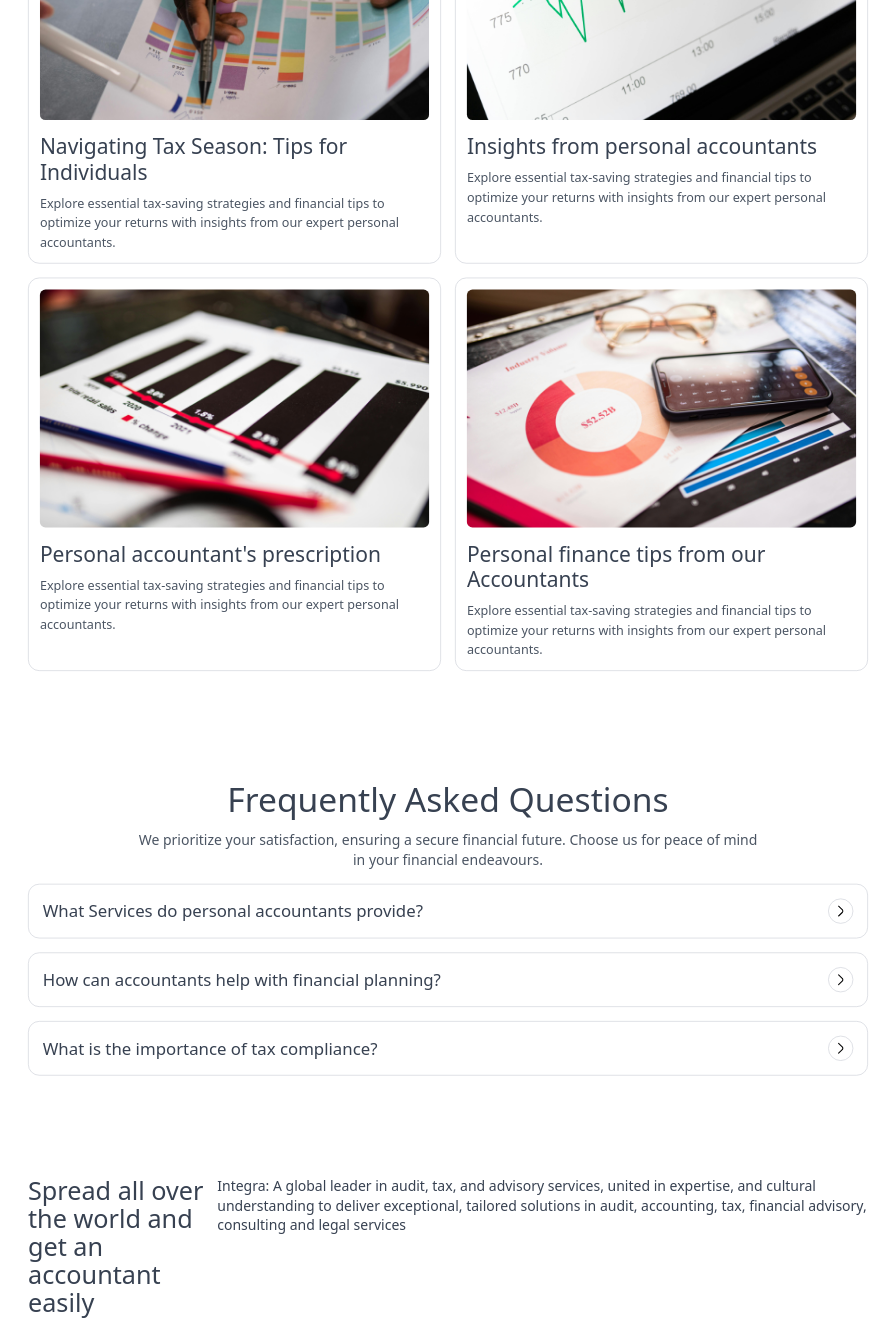
Repository: vespersolutionspk18/integrast-website
Page: /
An editor plug-in stored every save of this project. The page is shown before and after the next save, followed by the edit.
The browser window is 1280 px wide. The pictures show the part of the page from y = 2272 to 4192 px (the page is 4192 px tall before and 4104 px after), at 70% of full size.
The project was rebuilt for these pictures with package versions that can differ from the ones it lists, and the page was loaded fresh each time. The framework's server and built-in components were replaced by stand-ins that run in the browser. Also part of the build but not shown: next.config.ts.

Above is the page before, as saved 2024-12-12 14:41:14.

### app/layout.tsx
import type { Metadata } from "next";
import localFont from "next/font/local";
import "./globals.css";

const geistSans = localFont({
  src: "./fonts/GeistVF.woff",
  variable: "--font-geist-sans",
  weight: "100 900",
});
const geistMono = localFont({
  src: "./fonts/GeistMonoVF.woff",
  variable: "--font-geist-mono",
  weight: "100 900",
});

export const metadata: Metadata = {
  title: "Integra Strategy",
  description: "-",
};

export default function RootLayout({
  children,
}: Readonly<{
  children: React.ReactNode;
}>) {
  return (
    <html lang="en">
      <body
        className={`${geistSans.variable} ${geistMono.variable} antialiased`}
      >
        {children}
      </body>
    </html>
  );
}

### app/page.tsx
import Image from "next/image";
import Header from "./Header";
import Hero from "./Hero";
import Services from "./Services";
import Postsart from "./Postsart";
import Faqsection from "./Faqsection";
import GetinTouchSection from "./GetinTouchSection";

export default function Home() {
  return (
    <div>
      <Header />
      <Hero />
      <Services />
      <Postsart />
      <Faqsection />
      <GetinTouchSection />
    </div>
  );
}

### app/Hero.tsx
import React from 'react'
import ButtonArrowwhite from "@/public/assets/buttonarrowwhite.svg";
import ButtonArrow from "@/public/assets/buttonarrow.svg";
const Hero = () => {
  return (
    <div className="flex flex-col p-10 ">
        <div className="flex flex-row mt-24 h-[190px] gap-5 ">
            <div className="w-[55%] flex flex-col">
                <h1 className="font-light font-sans text-6xl text-gray-600">Unlock Prosperity, <span className="text-gray-800">Choose Expert Guidance</span></h1>
                <h4 className="text-xl font-sans font-light text-gray-900 mt-6">Embark on a transformative journey to financial prosperity with our personalized accountancy services</h4>
            </div>
            <div className="w-[45%] flex flex-col justify-between ">
                <h4 className="text-xl text-justify font-light font-sans text-gray-900">Unlock tailored strategies, benefit from insightful guidances, and follow a clear pathway to achieve your financial success. Elevate your financial journey with our dedicated support and expertise. Contact us today to start your journey towards financial freedom.</h4>
                <div className="flex flex-row gap-5 pt-10">
                <div>
                <div id="button"
  className="group  bg-white h-[44px] flex-row border-[1px] border-gray-700 text-gray-900 text-[16px] py-1 px-1 font-light rounded-full hidden md:flex items-center justify-between w-[170px] transition-width duration-500 ease-in-out  hover:w-[195px] hover:bg-gray-700 hover:border-gray-700 hover:text-white hover:cursor-pointer "

>
  <div className="mx-3 font-sans font-regular">Get In Touch</div>
  <div className="bg-gray-700 rounded-full h-[36px] w-[36px] flex items-center justify-center transition-transform duration-500 ease-in-out group-hover:rotate-45">
    <ButtonArrowwhite className="h-[24px] w-[24px]" />
  </div>
            </div>
                </div>
                <div>
                <div id="button"
  className="group  bg-gray-700 h-[44px] flex-row border-[1px] border-gray-700 text-white text-[16px] py-1 px-1 font-light rounded-full hidden md:flex items-center justify-between w-[170px] transition-width duration-500 ease-in-out  hover:w-[195px] hover:bg-white hover:border-gray-700 hover:text-gray-700 hover:cursor-pointer "

>
  <div className="mx-3 font-sans font-regular">Get a Quote</div>
  <div className="bg-white rounded-full h-[36px] w-[36px] flex items-center justify-center transition-transform duration-500 ease-in-out group-hover:rotate-45 group-hover:border-[1px] group-hover:border-gray-700">
    <ButtonArrow className="h-[24px] w-[24px]" />
  </div>
            </div>
                </div>

                </div>
            </div>
        </div>


        <div className="flex flex-row h-[380px] gap-4 mt-16">
            <div className="w-[70%] transition-all duration-500 ease-in-out hover:w-[90%] rounded-2xl bg-cover bg-center" style={{backgroundImage: `url('/assets/heroimage3.jpg')`}}></div>
            <div className="w-[30%] transition-all duration-500 ease-in-out hover:w-[40%] flex flex-col justify-between ">
                <div className="w-full h-full rounded-2xl bg-cover bg-center" style={{backgroundImage: `url('/assets/heroimage4.jpg')`}}></div>
                <h5 className="font-sans text-gray-900 text-justify text-xl mt-3  font-light">Tailored solutions, expert guidance, and strategic planning to secure your wealth and achieve your financial goals seamlessly</h5>
            </div>
        </div>
    </div>
  )
}

export default Hero

### app/Services.tsx
import React from 'react'
import ButtonArrowwhite from "@/public/assets/buttonarrowwhite.svg";
import ButtonArrow from "@/public/assets/buttonarrow.svg";
const Services = () => {
  return (
    <div className="flex flex-col p-10 mt-16 items-center ">
        <div className="flex flex-row items-start justify-start ">
            <div className="w-1/2 font-sans font-light text-5xl text-gray-700">We collaborate across diverse industry landscapes</div>
            <div className="w-1/2 font-sans text-gray-900 text-justify text-xl  font-light">Our commitment to fostering dynamic collaboration allows to navigate the unique challenges and intricacies of various sectors. Our versatile approach ensures tailored solutions that resonate with the distinct needs of each industry.</div>
        </div>
        <div className="flex flex-row gap-5 mt-16">
            <div className="rounded-2xl w-1/3 h-[540px] bg-cover bg-center flex items-end  " style={{backgroundImage: `url('/assets/audit.jpg')`}}>
            <div className="group">
  <div className="bg-white m-4  rounded-[12px] flex flex-col relative transition-all duration-500 ease-in-out hover:pb-[120px] min-h-[180px]">
    <h5 className="ml-5 mt-5 mr-5 mb-5 font-sans text-3xl text-gray-700 font-light">
      Accounting & Finance
    </h5>
    <p className="ml-5 mr-5 mb-5 text-justify font-sans font-light text-xl text-gray-600">
      We are committed to serving the public interest by providing objective assurance over data on which investors rely.
    </p>
    {/* Hidden div */}
    <div className="absolute bottom-5 left-5 text-xl font-sans font-light  text-gray-600 px-4 py-2 rounded-md opacity-0 invisible transition-all duration-500 group-hover:opacity-100 group-hover:visible hover:text-black hover:cursor-pointer  hover:underline">
      Learn More
    </div>
  </div>
</div>

</div>
            <div className="rounded-2xl w-1/3 h-[540px] bg-cover bg-center flex items-end" style={{backgroundImage: `url('/assets/tax.jpg')`}}>
            <div className="group">
  <div className="bg-white m-4  rounded-[12px] flex flex-col relative transition-all duration-500 ease-in-out hover:pb-[120px] min-h-[180px]">
    <h5 className="ml-5 mt-5 mr-5 mb-5 font-sans text-3xl text-gray-700 font-light">
      Tax & Legal
    </h5>
    <p className="ml-5 mr-5 mb-5 text-justify font-sans font-light text-xl text-gray-600">
      We are committed to serving the public interest by providing objective assurance over data on which investors rely.
    </p>
    {/* Hidden div */}
    <div className="absolute bottom-5 left-5 text-xl font-sans font-light  text-gray-600 px-4 py-2 rounded-md opacity-0 invisible transition-all duration-500 group-hover:opacity-100 group-hover:visible hover:text-black hover:cursor-pointer  hover:underline">
      Learn More
    </div>
  </div>
</div>
</div>
            <div className="rounded-2xl w-1/3 h-[540px] bg-cover bg-center flex items-end" style={{backgroundImage: `url('/assets/tech.jpg')`}}>
            <div className="group">
  <div className="bg-white m-4  rounded-[12px] flex flex-col relative transition-all duration-500 ease-in-out hover:pb-[120px] min-h-[180px]">
    <h5 className="ml-5 mt-5 mr-5 mb-5 font-sans text-3xl text-gray-700 font-light">
      Technology & IT
    </h5>
    <p className="ml-5 mr-5 mb-5 text-justify font-sans font-light text-xl text-gray-600">
      We are committed to serving the public interest by providing objective assurance over data on which investors rely.
    </p>
    {/* Hidden div */}
    <div className="absolute bottom-5 left-5 text-xl font-sans font-light  text-gray-600 px-4 py-2 rounded-md opacity-0 invisible transition-all duration-500 group-hover:opacity-100 group-hover:visible hover:text-black hover:cursor-pointer  hover:underline">
      Learn More
    </div>
  </div>
</div>
</div>
        </div>
        <div className="mt-8">
                <div id="button"
  className="group  bg-white h-[44px] flex-row border-[1px] border-gray-700 text-gray-900 text-[16px] py-1 px-1 font-light rounded-full hidden md:flex items-center justify-between w-[190px] transition-width duration-500 ease-in-out hover:cursor-pointer  hover:w-[215px] hover:bg-gray-700 hover:border-gray-700 hover:text-white "

>
  <div className="mx-3 font-sans font-regular">View all Services</div>
  <div className="bg-gray-700 rounded-full h-[36px] w-[36px] flex items-center justify-center transition-transform duration-500 ease-in-out group-hover:rotate-45">
    <ButtonArrowwhite className="h-[24px] w-[24px]" />
  </div>
            </div>
                </div>
    </div>
  )
}

export default Services

### app/Postsart.tsx
import React from 'react'

const Postsart = () => {
  return (
    <div className="w-full flex flex-col p-10 items-center mt-20">
        <h2 className="text-5xl font-sans text-gray-700 font-light">Posts & Articles</h2>
        <p className="font-sans text-xl text-gray-800 font-light text-center mt-5">Stay up-to-date and enahnce your financial literacy with our engaging and informative<br></br>content your key to achieving financial success</p>
        <div className="flex flex-row mt-10 gap-5 w-full">
            <div className="hover:border-black hover:cursor-pointer flex flex-col rounded-2xl w-1/2  border-[1px] p-4 border-gray-300">
            <div className="w-full h-[340px] rounded-[8px] bg-cover bg-center" style={{backgroundImage: `url('/assets/post1.jpg')`}}></div>
            <h5 className="font-sans font-light text-3xl mt-5 text-gray-700">Navigating Tax Season: Tips for Individuals</h5>
            <p className="font-sans font-light text-gray-600 text-lg mt-3">Explore essential tax-saving strategies and financial tips to optimize your returns with insights from our expert personal accountants.</p>
            </div>
            <div className="hover:border-black hover:cursor-pointer flex flex-col rounded-2xl w-1/2  border-[1px] p-4 border-gray-300">
            <div className="w-full h-[340px] rounded-[8px] bg-cover bg-center" style={{backgroundImage: `url('/assets/post2.jpg')`}}></div>
            <h5 className="font-sans font-light text-3xl mt-5 text-gray-700">Insights from personal accountants</h5>
            <p className="font-sans font-light text-gray-600 text-lg mt-3">Explore essential tax-saving strategies and financial tips to optimize your returns with insights from our expert personal accountants.</p>
            </div>
        </div>
        <div className=" flex flex-row mt-5 gap-5 w-full">
            <div className="hover:border-black hover:cursor-pointer flex flex-col rounded-2xl w-1/2  border-[1px] p-4 border-gray-300">
            <div className="w-full h-[340px] rounded-[8px] bg-cover bg-center" style={{backgroundImage: `url('/assets/post3.jpg')`}}></div>
            <h5 className="font-sans font-light text-3xl mt-5 text-gray-700">Personal accountant's prescription</h5>
            <p className="font-sans font-light text-gray-600 text-lg mt-3">Explore essential tax-saving strategies and financial tips to optimize your returns with insights from our expert personal accountants.</p>
            </div>
            <div className="hover:border-black hover:cursor-pointer flex flex-col rounded-2xl w-1/2  border-[1px] p-4 border-gray-300">
            <div className="w-full h-[340px] rounded-[8px] bg-cover bg-center" style={{backgroundImage: `url('/assets/post4.jpg')`}}></div>
            <h5 className="font-sans font-light text-3xl mt-5 text-gray-700">Personal finance tips from our Accountants</h5>
            <p className="font-sans font-light text-gray-600 text-lg mt-3">Explore essential tax-saving strategies and financial tips to optimize your returns with insights from our expert personal accountants.</p>
            </div>
        </div>
    </div>
  )
}

export default Postsart

### app/Faqsection.tsx
"use client";
import React, { useState } from "react";
import ButtonRight from "@/public/assets/right.svg";

const Faqsection = () => {
  // Array of FAQs
  const faqs = [
    {
      question: "What Services do personal accountants provide?",
      answer:
        "Personal accountants provide a variety of services, including tax preparation, financial planning, and investment advice. They also help manage budgets, track expenses, and ensure compliance with financial regulations.",
    },
    {
      question: "How can accountants help with financial planning?",
      answer:
        "Accountants assist in creating budgets, managing investments, and developing long-term financial strategies tailored to individual needs.",
    },
    {
      question: "What is the importance of tax compliance?",
      answer:
        "Tax compliance ensures that individuals and businesses meet their legal obligations, avoiding penalties and fostering financial stability.",
    },
  ];

  // State to track which FAQ is expanded
  const [expandedIndex, setExpandedIndex] = useState(null);

  // Toggle function
  const toggleSection = (index) => {
    setExpandedIndex((prevIndex) => (prevIndex === index ? null : index));
  };

  return (
    <div className="flex flex-col p-10 items-center mt-20">
      <h2 className="font-sans font-light text-5xl text-gray-700">
        Frequently Asked Questions
      </h2>
      <p className="font-sans mt-5 font-light text-xl text-gray-600 text-center">
        We prioritize your satisfaction, ensuring a secure financial future.
        Choose us for peace of mind
        <br />
        in your financial endeavours.
      </p>
      <div className="w-full flex flex-col gap-5 mt-5">
        {faqs.map((faq, index) => (
          <div
            key={index}
            className={`border-[1px] ${
              expandedIndex === index ? "border-gray-500" : "border-gray-300"
            } rounded-2xl p-5 flex flex-col transition-all duration-500`}
          >
            <div
              onClick={() => toggleSection(index)}
              className="flex flex-row justify-between items-center cursor-pointer"
            >
              <h5 className="font-sans font-light text-2xl text-gray-700">
                {faq.question}
              </h5>
              <div
                className={`bg-white border-[1px] border-gray-300 rounded-full h-[36px] w-[36px] flex items-center justify-center transition-transform duration-500 ease-in-out ${
                  expandedIndex === index ? "rotate-90" : "rotate-0, "
                }`}
              >
                <ButtonRight className="h-[24px] w-[24px]" />
              </div>
            </div>
            {/* Expandable content */}
            <div
              className={`overflow-hidden transition-all duration-500 ease-in-out ${
                expandedIndex === index ? "max-h-[200px] mt-5" : "max-h-0"
              }`}
            >
              <p className="text-gray-600 font-sans font-light text-lg">{faq.answer}</p>
            </div>
          </div>
        ))}
      </div>
    </div>
  );
};

export default Faqsection;

### app/GetinTouchSection.tsx
import React from 'react'

const GetinTouchSection = () => {
  return (
    <div className="mt-16">
        <div className="flex flex-row p-10 ">
        <div className="w-1/2 font-sans font-light text-gray-700 text-4xl">
        <b>Spread all over the world</b> and get an accountant easily
        </div>
        <div className="flex flex-col">
        <p className="font-light text-xl text-gray-700 font-sans">
            Integra: A global leader in audit, tax, and advisory services, united in expertise, and cultural understanding to deliver exceptional, tailored solutions in audit, accounting, tax, financial advisory, consulting and legal services
        </p>
        </div>
    </div>
    </div>
  )
}

export default GetinTouchSection

Loaded but not shown: app/globals.css (common file); app/Header.tsx (common file); tailwind.config.ts (common file)

After the next save:
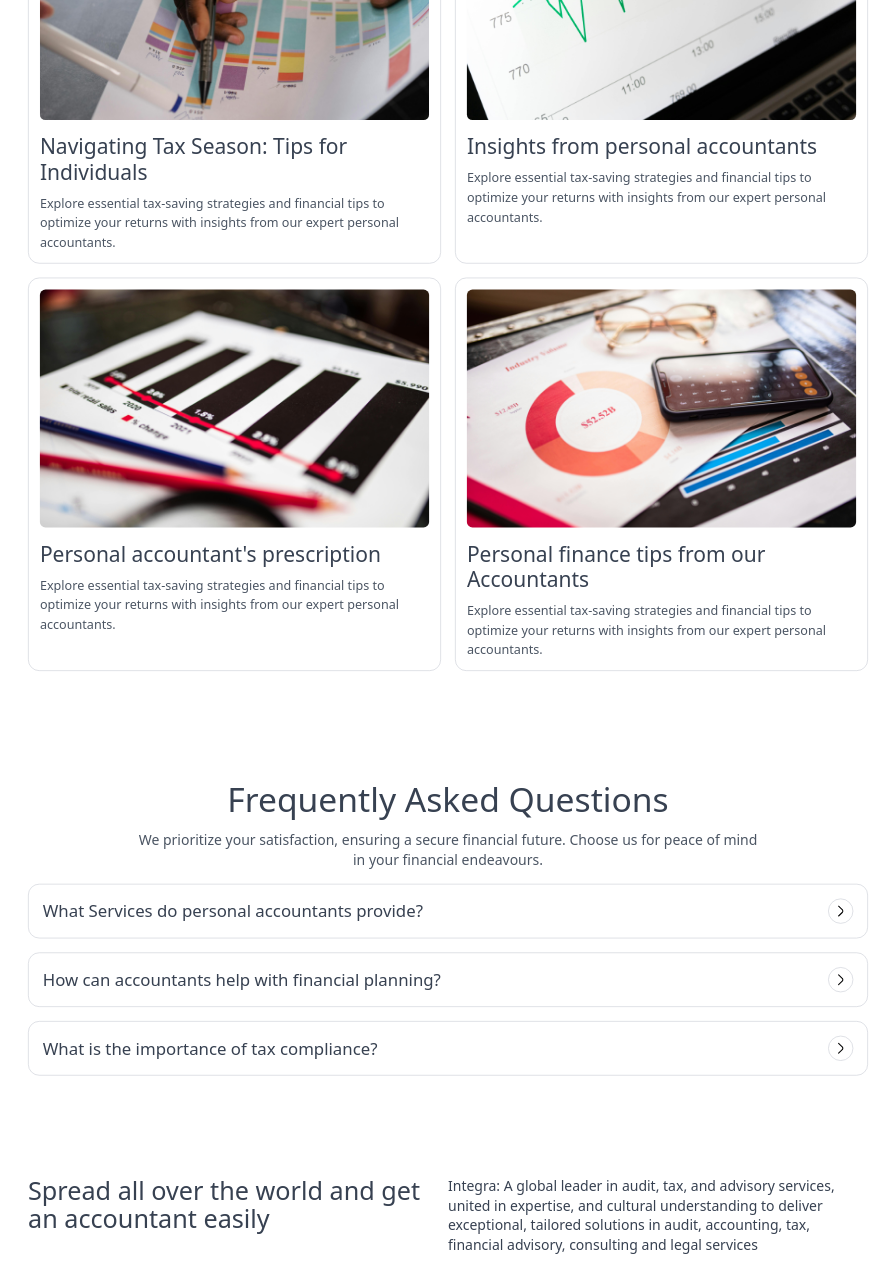
Saved 10 s later.
--- a/app/GetinTouchSection.tsx
+++ b/app/GetinTouchSection.tsx
@@ -7,7 +7,7 @@ const GetinTouchSection = () => {
         <div className="w-1/2 font-sans font-light text-gray-700 text-4xl">
         <b>Spread all over the world</b> and get an accountant easily
         </div>
-        <div className="flex flex-col">
+        <div className="w-1/2 flex flex-col">
         <p className="font-light text-xl text-gray-700 font-sans">
             Integra: A global leader in audit, tax, and advisory services, united in expertise, and cultural understanding to deliver exceptional, tailored solutions in audit, accounting, tax, financial advisory, consulting and legal services
         </p>
